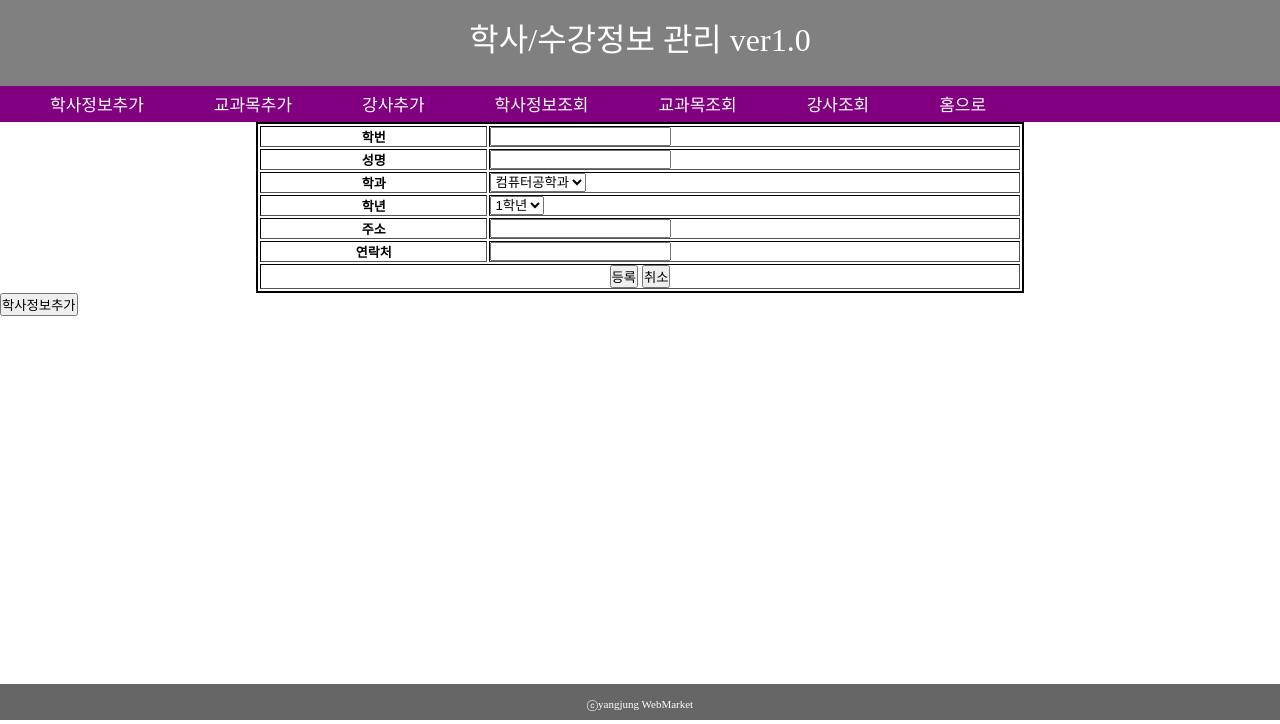
Repository: cccf777/-
Page: http://localhost/D0428/shop/hakInsert.jsp
These files come from the project's save history. The page is drawn as it stood at one moment and after the next save; the edit follows.
The browser window is 1280 px wide. The pictures show the whole page.
The page is served by Tomcat 9.

Above is the page before, as saved 2021-04-28 01:27:57.

### workspace/D0428/src/main/webapp/shop/hakInsert.jsp
<%@ page language="java" contentType="text/html; charset=UTF-8"
    pageEncoding="UTF-8"%>
<!DOCTYPE html>
<html>
<head>
<meta charset="UTF-8">
<title>Insert title here</title>
<script>
function check(){
	if(document.form.studno.value==""){
		alert("학번이 입력되지 않음");
		document.form.studno.focus();
	}else if(document.form.name.value==""){
		alert("이름이 입력되지 않음");
		document.form.name.focus();
	}else{
		document.form.submit();
	}
}

</script>
</head>
<body>

<%@ include file="header.jsp" %>
<%@ include file="nav.jsp" %>
<section>
<form name="form" method="post" action="hakInsertProcess.jsp">
<table border="1" id="table1">
	<tr>
		<th width="30%">학번</th>
		<td><input type="text" name="studno" id="in1" <%-- value="<%=no %>" --%>></td>
	</tr>
	<tr>
		<th width="30%">성명</th>
		<td><input type="text" name="name" id="in1"></td>
	</tr>
	<tr>
		<th width="30%">학과</th>
		<td>
		<select name="dept" id="in1">
		<option value="1" selected>컴퓨터공학과</option>
		<option value="2">경영학과</option>
		<option value="3">경제학과</option>
		</select>
		</td>
	</tr>
	<tr>
		<th width="30%">학년</th>
		<td>
		<select name="position" id="in1">
		<option value="1" selected>1학년</option>
		<option value="2">2학년</option>
		<option value="3">3학년</option>
		</select>
		</td>
	</tr>
	<tr>
		<th width="30%">주소</th>
		<td><input type="text" name="address"  id="in1"></td>
	</tr>
	<tr>
		<th width="30%">연락처</th>
		<td><input type="text" name="phone"  id="in1"></td>
	</tr>
	<tr>
		<td colspan=2 class="center">
		<input type="button" value="등록" onclick="javascript:check()">
		<input type="reset" value="취소">
		</td>
	</tr>
</table>
</form>
<input type="button" value="학사정보추가" >
</section>
<%@ include file="footer.jsp" %>
</body>
</html>

### workspace/D0428/src/main/webapp/shop/header.jsp
<%@ page language="java" contentType="text/html; charset=UTF-8"
    pageEncoding="UTF-8"%>
<!DOCTYPE html>
<html>
<head>
<meta charset="UTF-8">
<title>Insert title here</title>
<link rel="stylesheet" href="common.css">
</head>
<body>
<header>학사/수강정보 관리 ver1.0

</header>
</body>
</html>

### workspace/D0428/src/main/webapp/shop/nav.jsp
<%@ page language="java" contentType="text/html; charset=UTF-8"
    pageEncoding="UTF-8"%>
<!DOCTYPE html>
<html>
<head>
<meta charset="UTF-8">
<title>Insert title here</title>
<link rel="stylesheet" href="common.css">
</head>
<body>
<nav>
	<ul>
		<li><a href="hakInsert.jsp">학사정보추가</a></li>
		<li><a href="subInsert.jsp">교과목추가</a></li>
		<li><a href="teacherInsert.jsp">강사추가</a></li>
		<li><a href="hakSelect.jsp">학사정보조회</a></li>
		<li><a href="subSelect.jsp">교과목조회</a></li>
		<li><a href="teacherSelect.jsp">강사조회</a></li>
		<li><a href="index.jsp">홈으로</a></li>
	</ul>
</nav>
</body>
</html>

### workspace/D0428/src/main/webapp/shop/footer.jsp
<%@ page language="java" contentType="text/html; charset=UTF-8"
    pageEncoding="UTF-8"%>
<!DOCTYPE html>
<html>
<head>
<meta charset="UTF-8">
<title>Insert title here</title>
<link rel="stylesheet" href="common.css">
</head>
<body>
<footer>
ⓒyangjung WebMarket
</footer>
</body>
</html>

### workspace/D0428/src/main/webapp/shop/common.css
@charset "UTF-8";
header{
	height:12%;
	background:grey;
	color:#ffffff;
	text-align:center;
	line-height:80px;
	font-size:2em;
}

footer{
	height:5%;
	background:#666;
	color:#fff;
	text-align:center;
	line-height:40px;
	font-size:11px;
}
nav{
	height:5%;
	line-height:40px;
	background:purple;
	text-align:left;
}
nav ul{
	display:inline-block;
	list-style-type:none;
}
nav li{
	float:left;
	margin: 0 0 0 30px;
}
nav a{
	display:block;
	color:#ffffff;
	font-size:17px;
	text-decoration:none;
	padding:0 20px;
}

section{
	height:78%;
	width:100%;
	margin:0 auto;
	font-size:13px;
}
*{
	margin:0;
	padding:0;
}
html,body{
	height:100%;
	width:100%;
}

section table{
	width:70%;
	height:50%;
	margin:0 auto;
	border:2px solid black;
}
#table1{
	width:60%;
	height:50%;
	margin:0 auto;
	border:2px solid black;
}
#h3{
	text-align:center;
	padding:0.5% 0;
}
.center{
	text-align: center;
	font-size:1.2em;
}
#id1{
	height:30px;
	width:60%;
}
#t1{
	margin-left:25%;
}

After the next save:
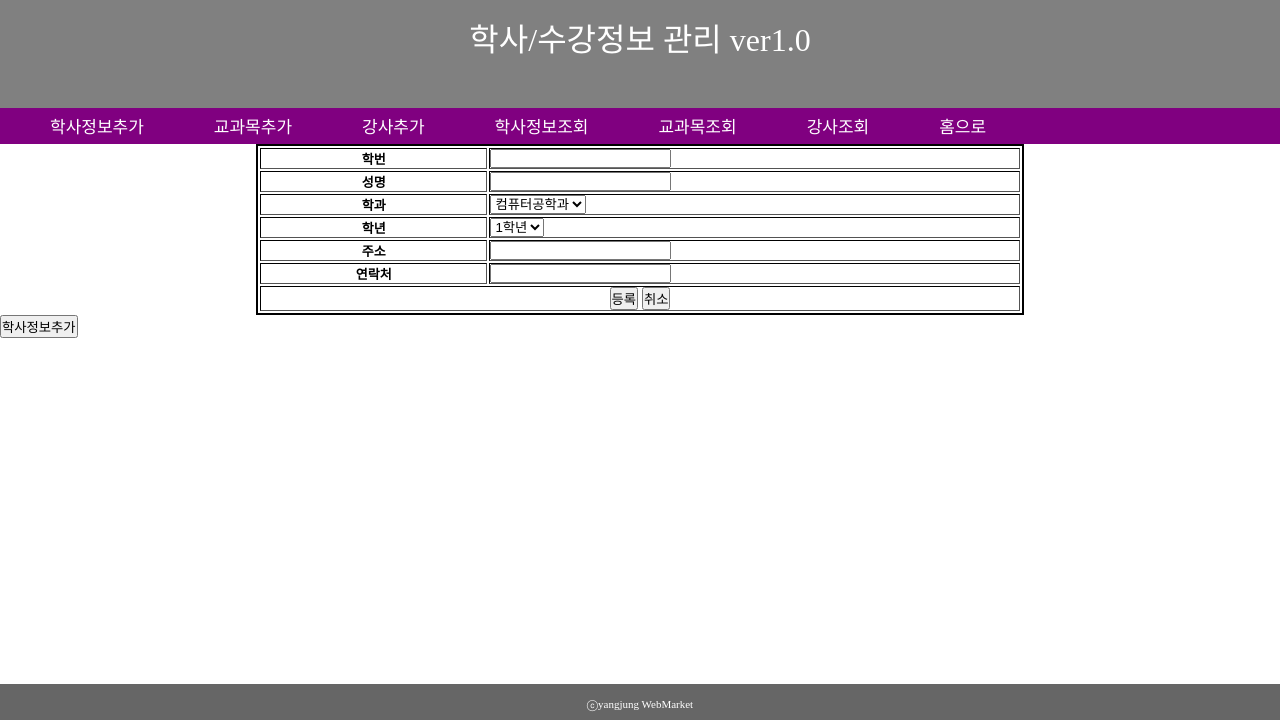
Saved 39 s later.
--- a/workspace/D0428/src/main/webapp/shop/common.css
+++ b/workspace/D0428/src/main/webapp/shop/common.css
@@ -1,6 +1,6 @@
 @charset "UTF-8";
 header{
-	height:12%;
+	height:15%;
 	background:grey;
 	color:#ffffff;
 	text-align:center;
@@ -39,7 +39,7 @@ nav a{
 }
 
 section{
-	height:78%;
+	height:75%;
 	width:100%;
 	margin:0 auto;
 	font-size:13px;
